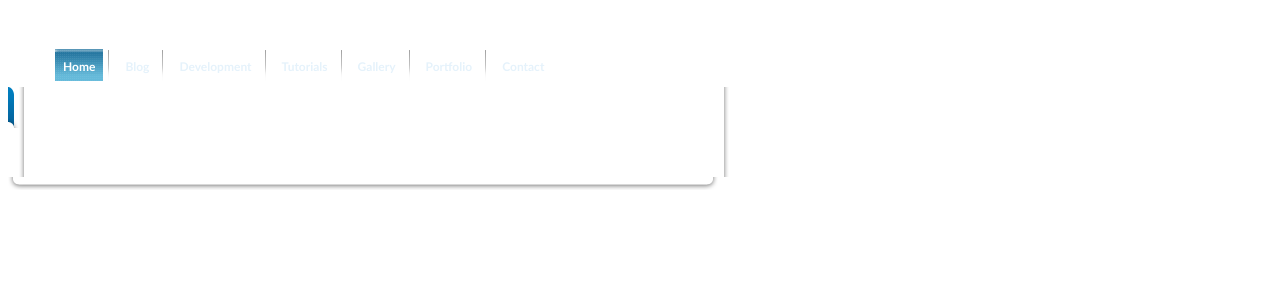
Repository: acura/IssueTrackingSystem
Page: its/WebContent/index1.html
These files come from the project's save history. The page is drawn as it stood at one moment and after the next save; the edit follows.
The browser window is 1280 px wide. The pictures show the whole page.

Above is the page before, as saved 2013-02-21 07:27:44.

After the next save:
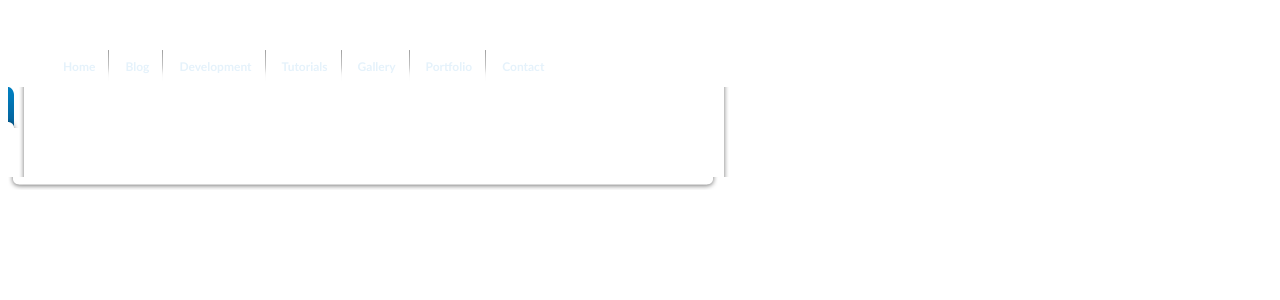
Saved 96 s later.
--- a/its/WebContent/css/menu_style.css
+++ b/its/WebContent/css/menu_style.css
@@ -111,12 +111,13 @@ a .menu-right {
 	background-position: 0 -37px;
 	line-height: 35px;
 }
-.nav li a:hover,
+/*.nav li a:hover,
 .nav li.active a,
 .nav li.hover a,
 .nav li:hover a {
+	color:white;*/
+	background-image: url(../images/top_menu_bg_img.png);
 	color:white;
-	background-image: url(../images/top_menu_bg_img.png);
 }
 .nav li:hover .sub,
 .nav li.hover .sub {
